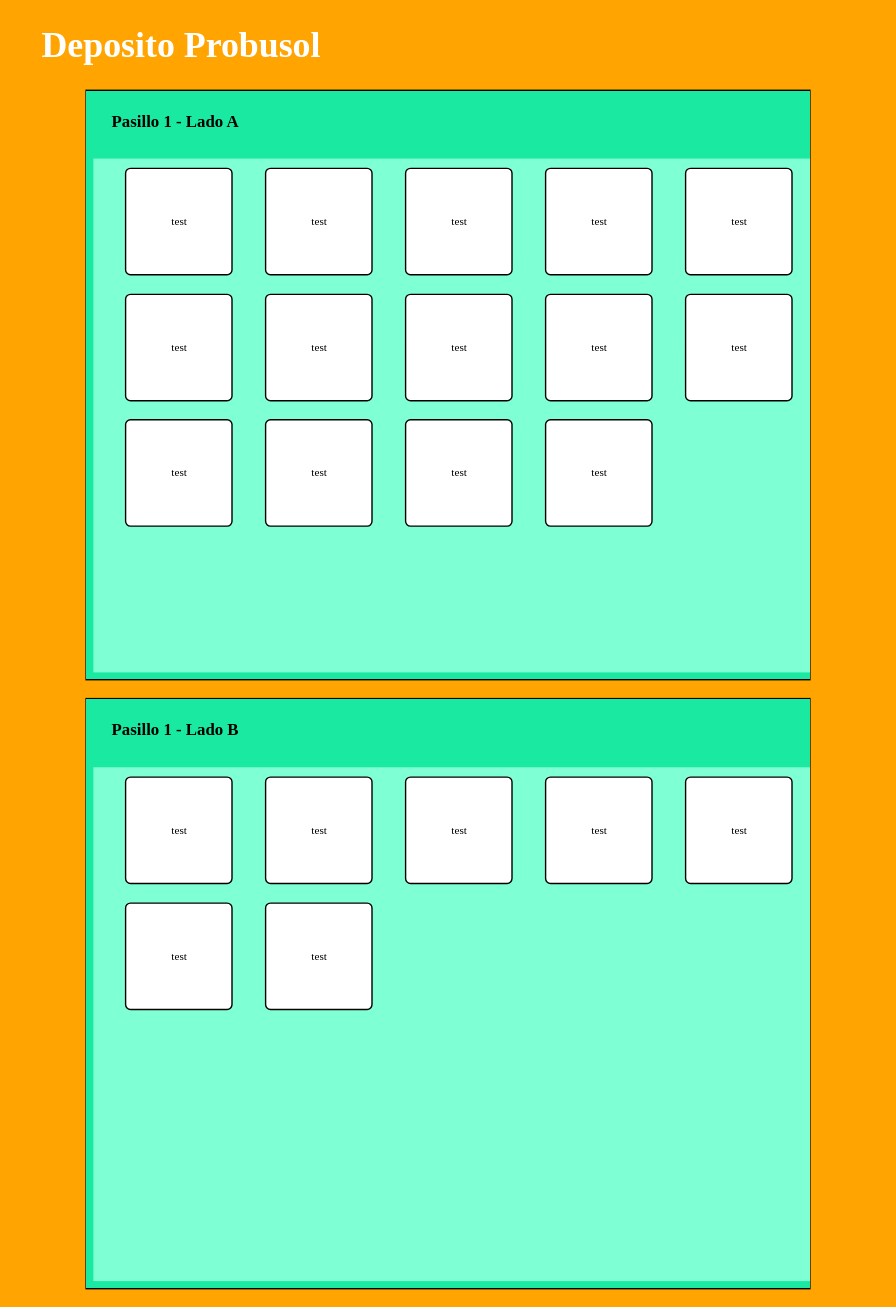
Repository: Franzcod/DepoStock_Web
Page: index.html
The author's editor kept a copy of each file at every save. The page is drawn from the files as they stood at one save, then again after the next save.
The browser window is 1280 px wide. The pictures show the whole page, at 70% of full size.

Above is the page before, as saved 2020-06-07 18:30:18.
Console error: ReferenceError: ur is not defined

After the next save:
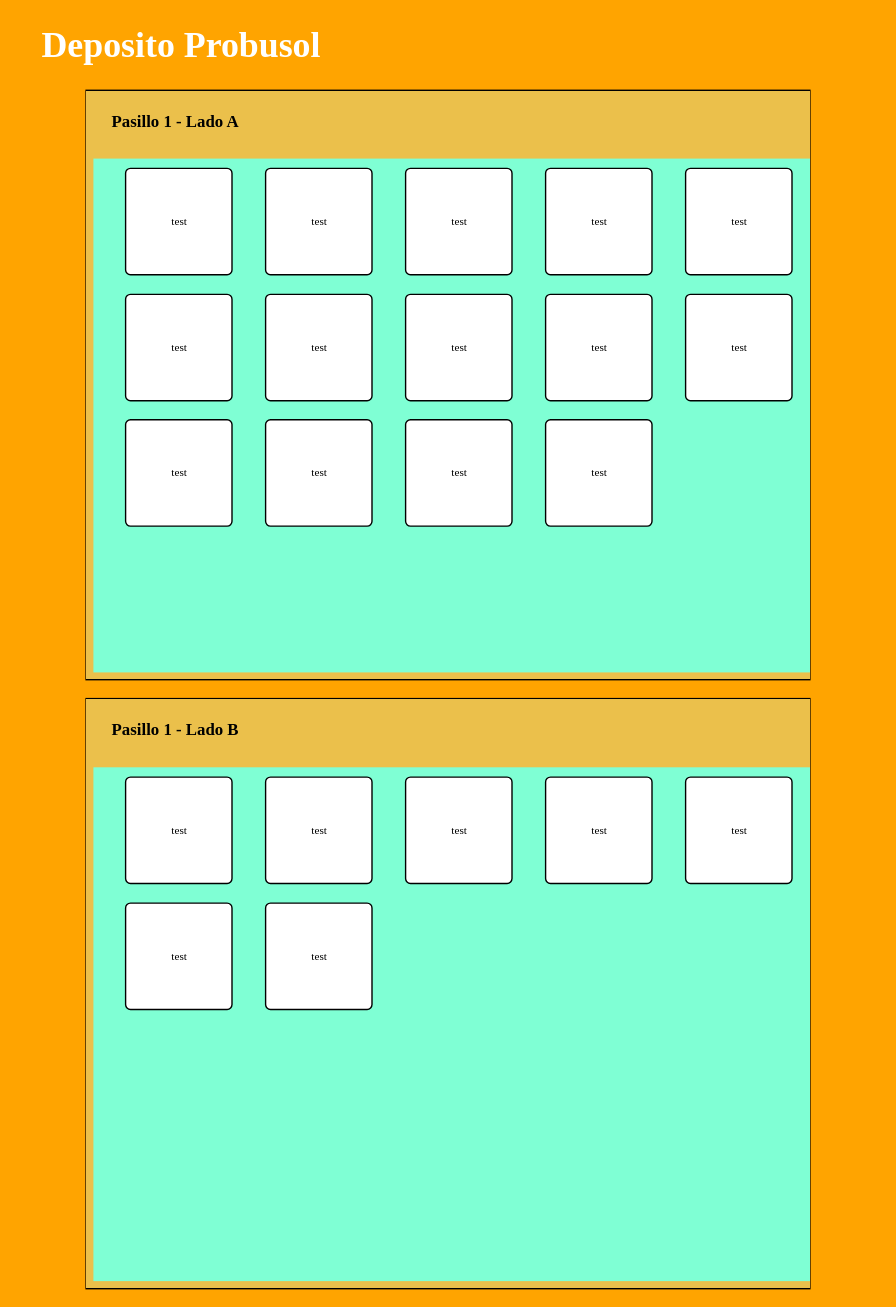
Saved 3 min 55 s later.
--- a/estilo/estilo.css
+++ b/estilo/estilo.css
@@ -23,7 +23,7 @@ html{
     align-content: start;
     width: 80%;
     height: 75%;
-    background: rgb(26, 233, 161);
+    background: rgb(235, 192, 75);
     /* overflow-y: scroll; */
     margin: 2vw auto;
     overflow-x: auto;
@@ -45,11 +45,6 @@ html{
     margin: auto;
 }
 
-/* Demo styles */
-
-
-
-
 h2{
     margin-left: 2vw;
 }
@@ -60,8 +55,6 @@ h3 {
 li{
     display: flex;
     flex-direction: column;
-
-
 }
 
 
